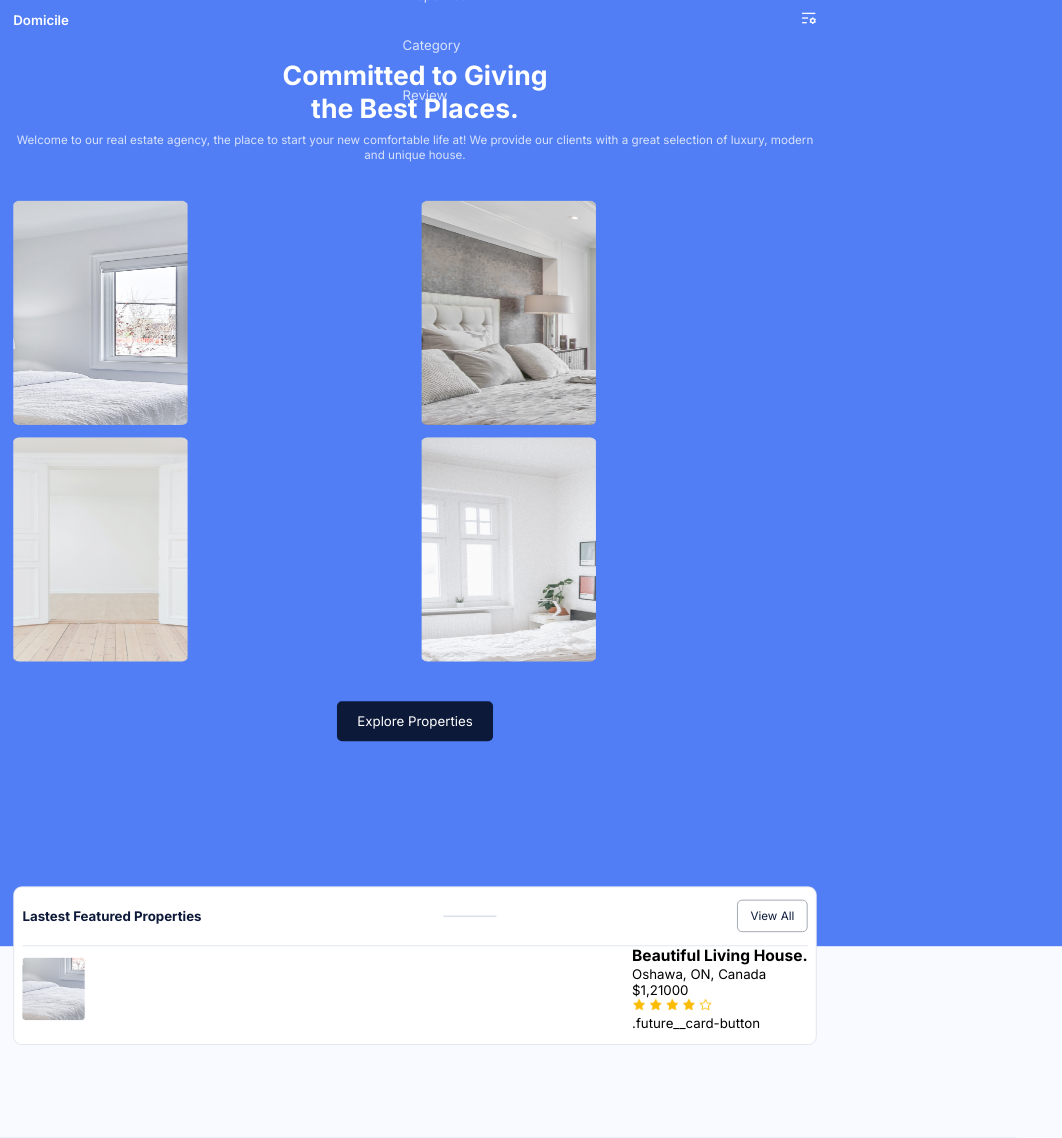
Repository: haokiet2501/domicile-real-estate
Page: index.html
An editor plug-in stored every save of this project. The page is shown before and after a run of saves, followed by the edit.
The browser window is 1280 px wide. The pictures show the whole page, at 83% of full size.
The style sheet was rebuilt from its Sass, Less or Tailwind sources for each picture, by a compiler version that may differ from the author's.

Above is the page before, as saved 2022-06-11 16:09:13.

After the next 5 saves:
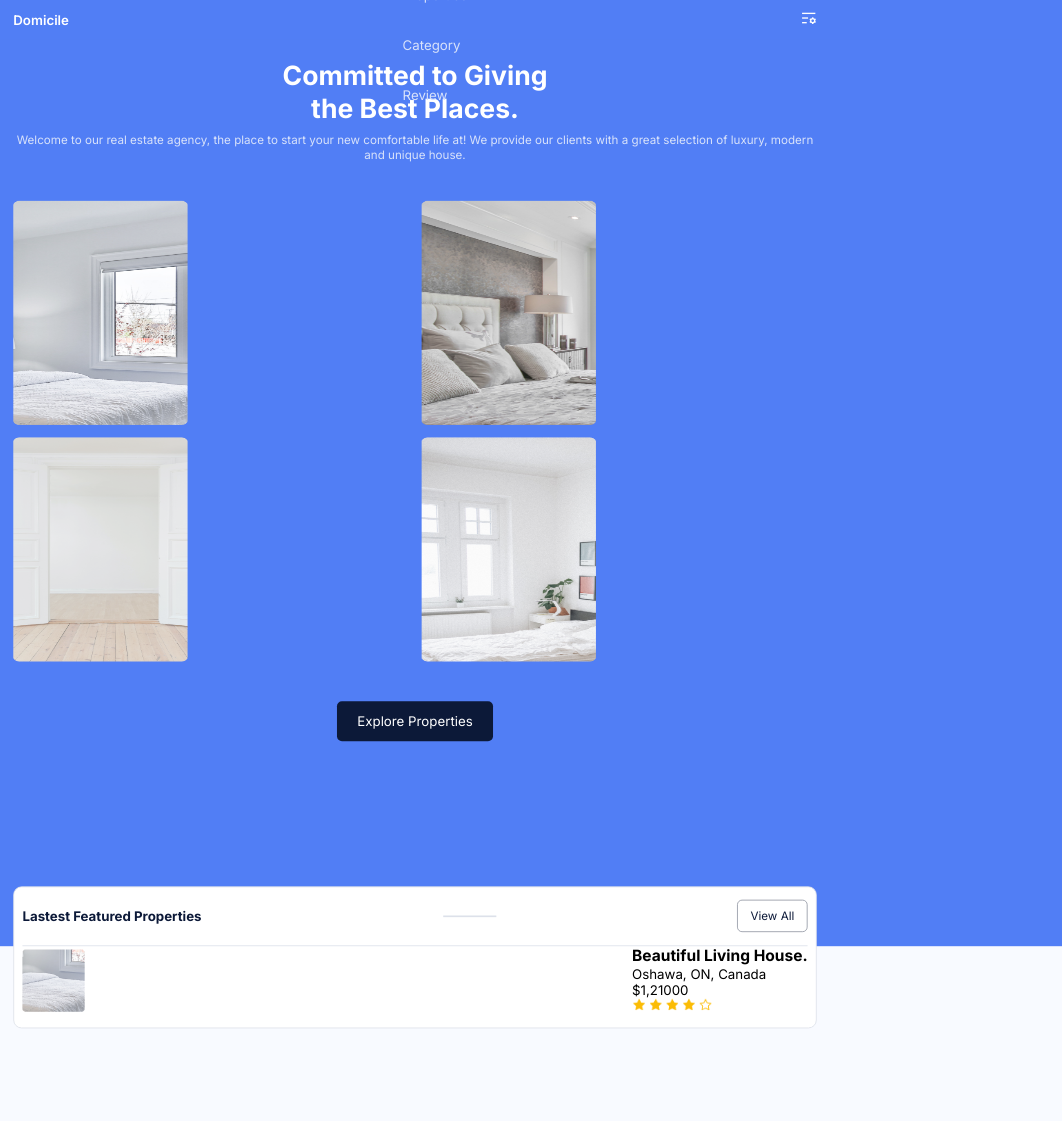
The 5 saves are shown as one change because they came seconds apart.
The last was saved 15 s later.
--- a/index.html
+++ b/index.html
@@ -84,7 +84,9 @@
                             <p>$1,21000</p>
                             <img src="imgs/rating.png" alt="">
                         </div>
-                        .future__card-button
+                        <div class="futured__card-future-btn">
+
+                        </div>
                     </div>
                 </div>
             </div>
